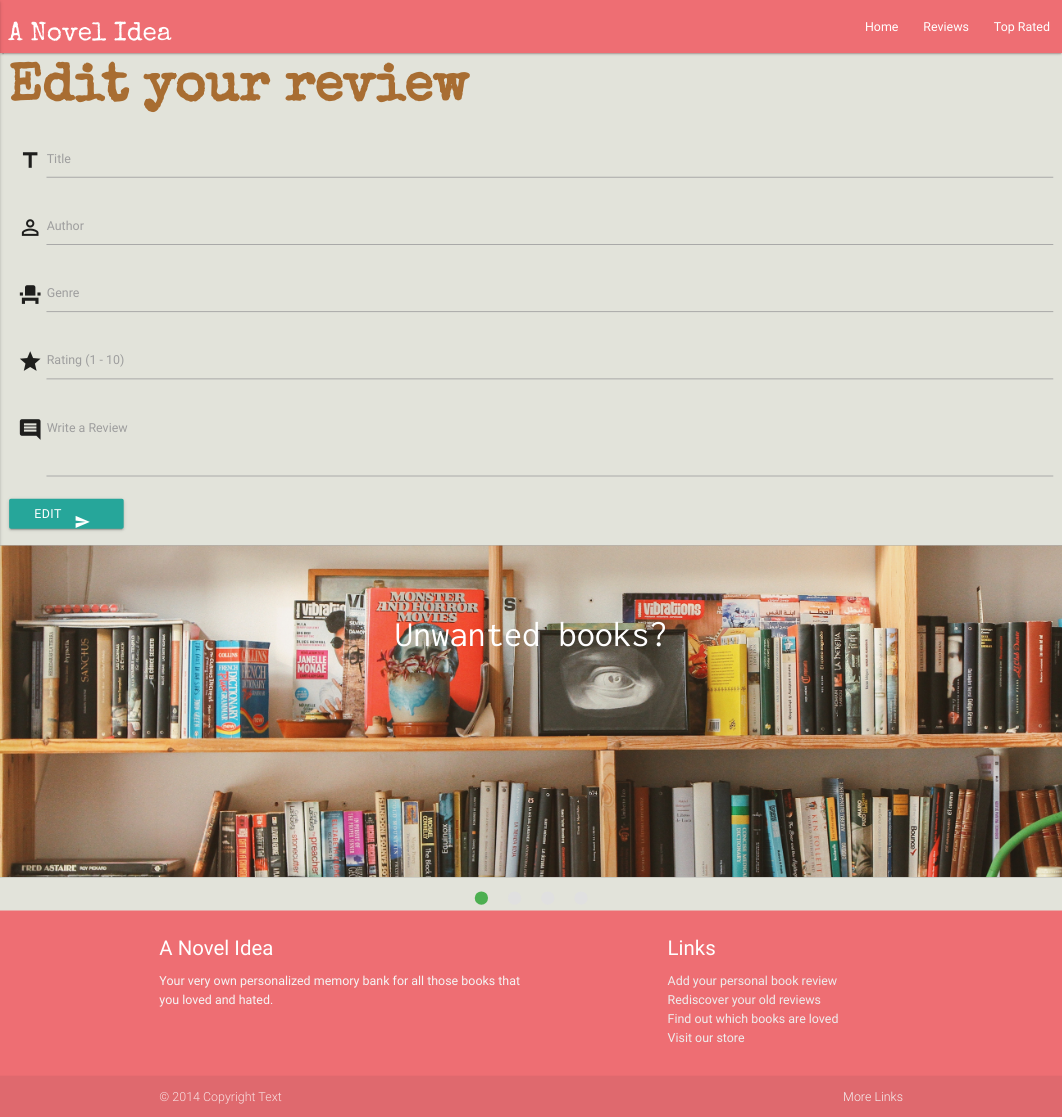
Repository: johnny-don/a-novel-idea
Page: templates/editreview.html
The author's editor kept a record of every edit. The page is drawn from the files as they stood at one moment, then again after the next edit.
The browser window is 1280 px wide. The pictures show the whole page, at 83% of full size.
Some web libraries are served in a nearby version. The page is served by the project's application, run on Flask 3 (app.py). The template is opened directly, without the code that normally fills it, so the values that code supplies are empty.

Above is the page before.

After the next edit:
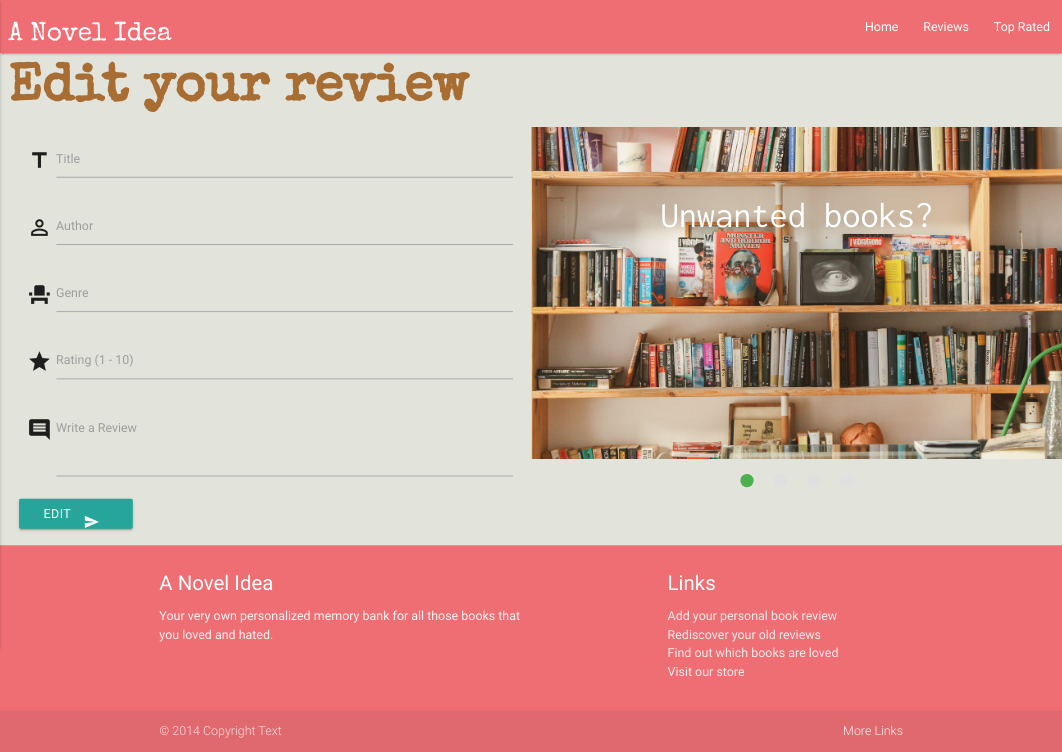
The edit:
--- a/templates/editreview.html
+++ b/templates/editreview.html
@@ -3,6 +3,7 @@
 <h1 class="headline">Edit your review</h1>
 
 <div class="row">
+    <div class="col s6">
     <form action="{{url_for('update_review', review_id=review._id) }}" method="POST" class="col s12">
 
         <div class="input-field">
